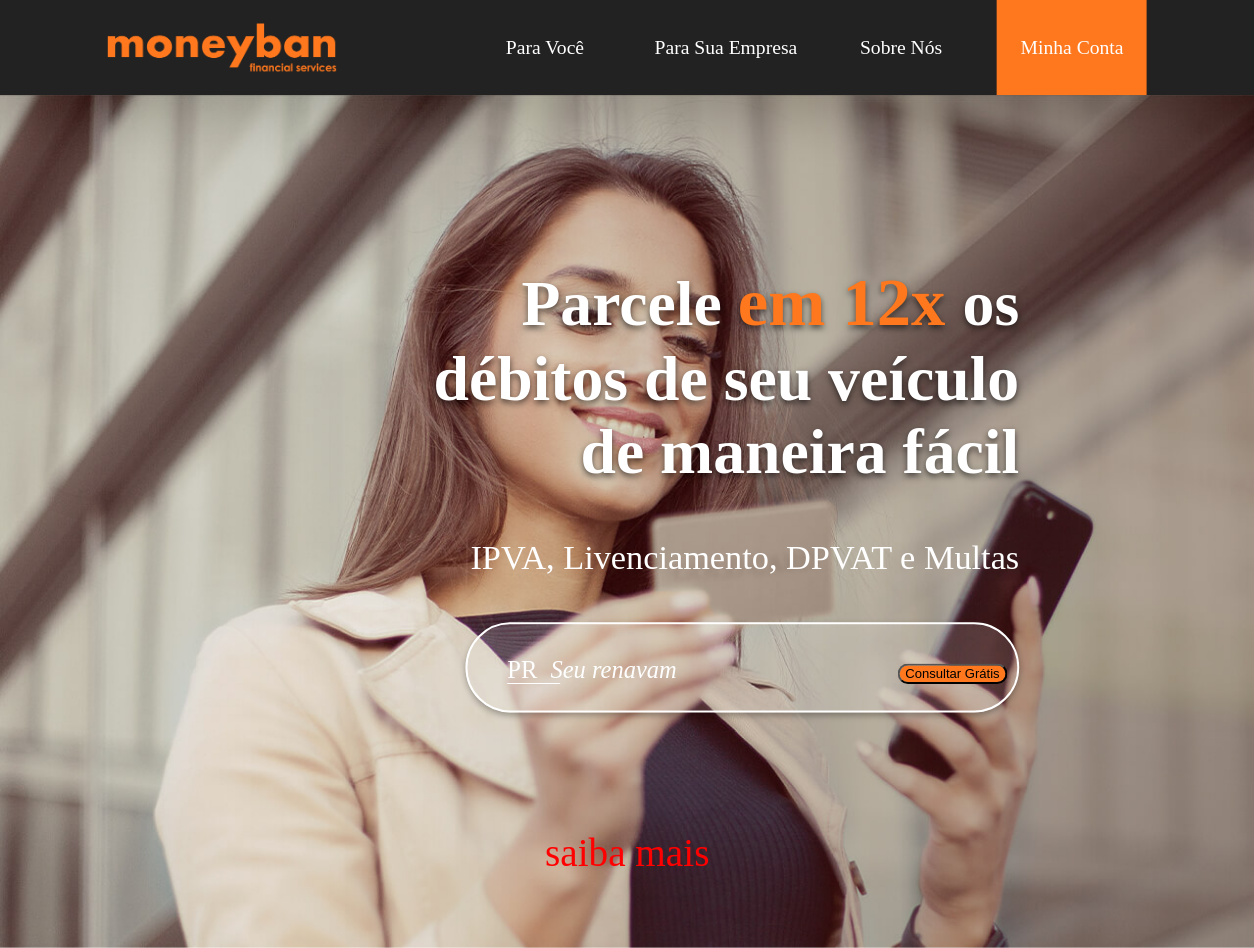
Repository: IvanCardoso91/moneyban
Page: index.html
An editor plug-in stored every save of this project. The page is shown before and after the next save, followed by the edit.
The browser window is 1280 px wide. The pictures show the whole page, at 98% of full size.
Some icons come from a web library that is not loaded, so they are not drawn. Some web fonts or font styles are not loaded; a fallback is used.

Above is the page before, as saved 2020-12-17 14:30:52.

After the next save:
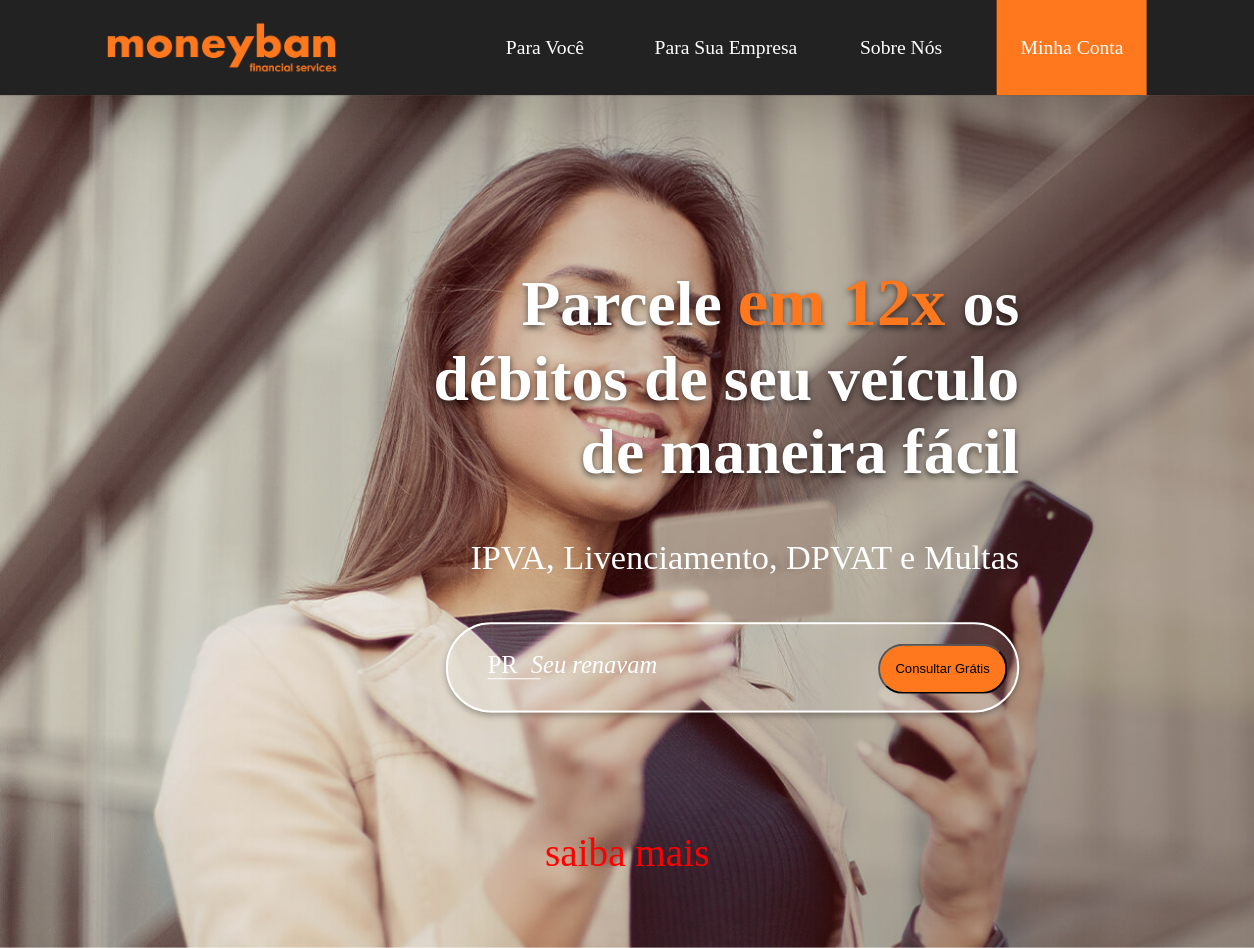
Saved 27 s later.
--- a/style/main-style.css
+++ b/style/main-style.css
@@ -243,6 +243,7 @@ select::-ms-expand {
     border-radius: 51px;
     opacity: 1;
     outline: 0;
+    padding: 16px;
 }
 
 
